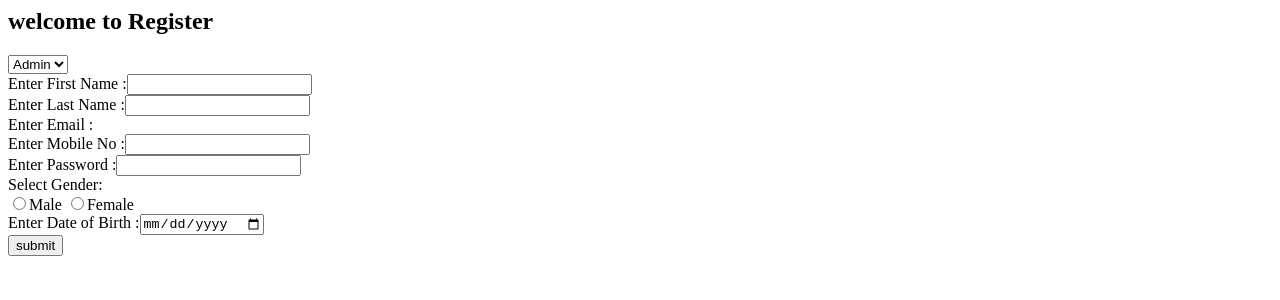
Repository: kewatraviraj/My_Work
Page: http://localhost/registration/
An editor plug-in stored every save of this project. The page is shown before and after the next save, followed by the edit.
The browser window is 1280 px wide. The pictures show the whole page.
The page is served by Tomcat 9.

Above is the page before, as saved 2018-08-29 11:33:15.

After the next save:
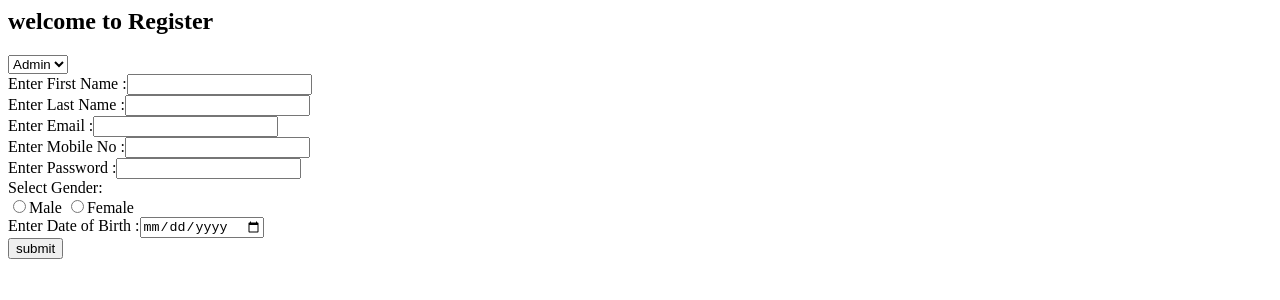
Saved 20 min 37 s later.
--- a/Eclipsework/registration/src/main/webapp/index.jsp
+++ b/Eclipsework/registration/src/main/webapp/index.jsp
@@ -9,7 +9,7 @@
 		</select>
 		<br> Enter First Name :<input type="text" name="firstName" id="firstName"><br>
 			 Enter Last Name :<input type="text" name="lastName" id="lastName"><br>
-			 Enter Email :<inpu type="email" name="email" id="email"><br>
+			 Enter Email :<input type="email" name="email" id="email"><br>
 			 Enter Mobile No :<input type="text" name="mobileNo" id="mobileNo"><br>
 			 Enter Password :<input type="password" name="password" id="password"><br>
 
